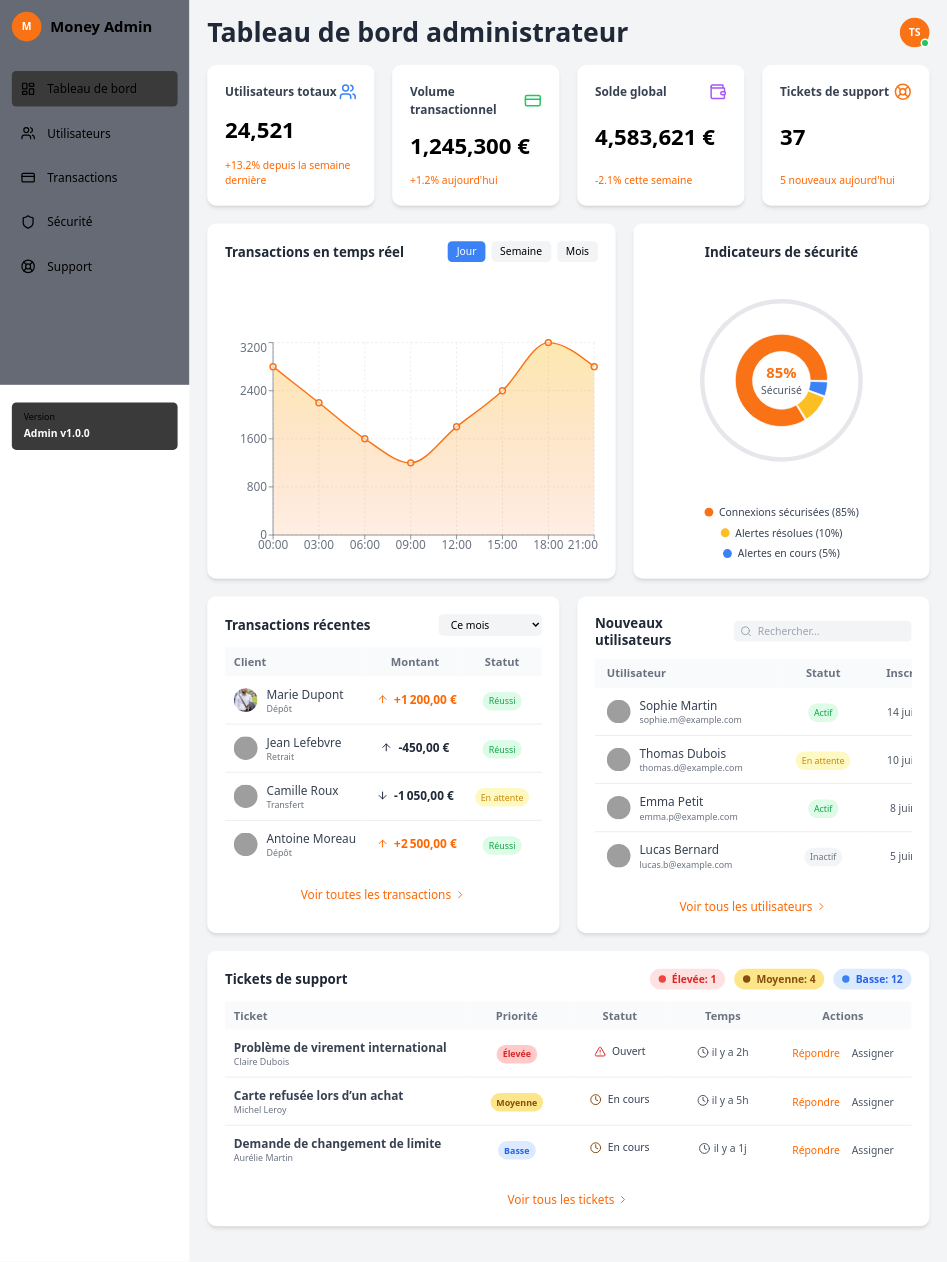
Repository: Edongo999/Dashboard
Page: /
An editor plug-in stored every save of this project. The page is shown before and after the next save, followed by the edit.
The browser window is 1280 px wide. The pictures show the whole page, at 74% of full size.
Pictures or frames that could not be fetched are drawn as grey boxes. The project was rebuilt for these pictures with package versions that can differ from the ones it lists, and the page was loaded fresh each time. Also part of the build but not shown: vite.config.ts.

Above is the page before, as saved 2025-10-15 06:30:49.

### index.html
<!doctype html>
<html lang="en">
  <head>
    <meta charset="UTF-8" />
    <link rel="icon" type="image/svg+xml" href="/vite.svg" />
    <meta name="viewport" content="width=device-width, initial-scale=1.0" />
    <title>mon_dashboard</title>
  </head>
  <body>
    <div id="root"></div>
    <script type="module" src="/src/main.tsx"></script>
  </body>
</html>

### src/App.tsx

import Sidebar from "./components/Sidebar"
import StatBlock from "./components/StatBlock"
import UserAvatar from "./components/UserAvatar"
import RealtimeChart from "./components/RealtimeChart"
import SecurityIndicators from "./components/SecurityIndicators"
import RecentActivity from "./components/RecentActivity"
import NewUsersTable from "./components/NewUsersTable"
import SupportTickets from "./components/SupportTickets"
import { Users, CreditCard, Wallet, LifeBuoy } from "lucide-react"

const App = () => {
  const kpis = [
    {
      title: "Utilisateurs totaux",
      value: "24,521",
      subtext: "+13.2% depuis la semaine dernière",
      icon: <Users />,
      iconColor: "text-blue-500"
    },
    {
      title: "Volume transactionnel",
      value: "1,245,300 €",
      subtext: "+1.2% aujourd'hui",
      icon: <CreditCard />,
      iconColor: "text-green-500"
    },
    {
      title: "Solde global",
      value: "4,583,621 €",
      subtext: "-2.1% cette semaine",
      icon: <Wallet />,
      iconColor: "text-purple-500"
    },
    {
      title: "Tickets de support",
      value: "37",
      subtext: "5 nouveaux aujourd'hui",
      icon: <LifeBuoy />,
      iconColor: "text-orange-500"
    }
  ]

  return (
    <div className="flex min-h-screen">
      <Sidebar />
      <main className="flex-1 overflow-auto p-6 bg-[#F3F4F6]">

        {/* ✅ Titre + avatar */}
        <div className="flex items-center justify-between mb-6">
          <h1 className="text-4xl font-bold text-gray-800">
            Tableau de bord administrateur
          </h1>
          <UserAvatar />
        </div>

        {/* ✅ Cartes KPI */}
        <div className="grid grid-cols-1 sm:grid-cols-2 lg:grid-cols-4 gap-6 mb-6">
          {kpis.map((kpi, i) => (
            <StatBlock key={i} {...kpi} />
          ))}
        </div>

        {/* ✅ Section monitoring élargie sur desktop */}
        <div className="grid grid-cols-1 lg:grid-cols-[1.6fr_400px] gap-6 mb-6 w-full">
          <RealtimeChart />
          <SecurityIndicators />
        </div>

        {/* ✅ Section activité + utilisateurs côte à côte */}
        <div className="grid grid-cols-1 lg:grid-cols-2 gap-6 mb-6">
          <RecentActivity />
          <NewUsersTable />
        </div>

        {/* ✅ Dernière section : tickets de support */}
        <div className="grid grid-cols-1 gap-6 mb-6">
          <SupportTickets />
        </div>

      </main>
    </div>
  )
}

export default App

### src/components/Sidebar.tsx
import {
  LayoutDashboard,
  Users,
  CreditCard,
  Shield,
  LifeBuoy,
  Menu
} from "lucide-react"
import { useState } from "react"

const Sidebar = () => {
  const [open, setOpen] = useState(false)
  const [active, setActive] = useState("Tableau de bord")

  const menuItems = [
    { label: "Tableau de bord", icon: <LayoutDashboard size={20} /> },
    { label: "Utilisateurs", icon: <Users size={20} /> },
    { label: "Transactions", icon: <CreditCard size={20} /> },
    { label: "Sécurité", icon: <Shield size={20} /> },
    { label: "Support", icon: <LifeBuoy size={20} /> }
  ]

  return (
    <>
      {/* ✅ Bouton hamburger mobile */}
      <button
        className="lg:hidden fixed top-4 left-4 z-50 bg-white p-2 rounded-md shadow-md"
        onClick={() => setOpen(!open)}
      >
        <Menu className="text-gray-800" />
      </button>

      {/* ✅ Sidebar avec hauteur visuelle limitée */}
      <aside
        className={`w-64 h-[520px] bg-[#656A74] text-neutral-content flex flex-col justify-between p-4 lg:block hidden`}
      >
        {/* ✅ Logo + titre */}
        <div>
          <div className="flex items-center gap-3 mb-10">
            <div className="bg-orange-500 text-white rounded-full w-10 h-10 flex items-center justify-center font-bold text-sm shrink-0">
              M
            </div>
            <span className="text-xl font-semibold whitespace-nowrap">Money Admin</span>
          </div>

          {/* ✅ Menu principal */}
          <ul className="space-y-3">
            {menuItems.map((item) => (
              <li key={item.label}>
                <a
                  onClick={() => setActive(item.label)}
                  className={`flex items-center gap-4 py-3 px-3 text-[16px] rounded-md transition-all duration-300 ${
                    active === item.label
                      ? "bg-[#3A3A3A]"
                      : "hover:bg-neutral-600 hover:scale-[1.02]"
                  }`}
                >
                  {item.icon}
                  {item.label}
                </a>
              </li>
            ))}
          </ul>
        </div>

        {/* ✅ Bloc version en bas */}
        <div className="mt-40">
          <div className="bg-[#3A3A3A] rounded-md px-4 py-3 text-xs text-neutral-content/70">
            <p className="mb-1">Version</p>
            <span className="font-semibold text-sm text-white">Admin v1.0.0</span>
          </div>
        </div>
      </aside>
    </>
  )
}

export default Sidebar

### src/components/StatBlock.tsx
import { motion } from "framer-motion"

type StatBlockProps = {
  title: string
  value: string
  subtext: string
  icon: React.ReactNode
  iconColor: string
}

const StatBlock = ({ title, value, subtext, icon, iconColor }: StatBlockProps) => {
  return (
    <motion.div
      initial={{ opacity: 0, y: 30 }}
      animate={{ opacity: 1, y: 0 }}
      whileHover={{ scale: 1.03, y: -5 }}
      transition={{ duration: 0.3, ease: "easeOut" }}
      // 🔧 MODIFICATION ICI : largeur dynamique
      // Remplace `max-w-[240px]` par `flex-1` pour que chaque carte s’étire dans le layout
      className="bg-white shadow-md p-6 rounded-[12px] flex flex-col justify-between flex-1 h-[190px]"
    >
      <div className="flex justify-between items-center">
        <h3 className="text-base font-semibold text-gray-700">{title}</h3>
        <div className={`text-2xl ${iconColor}`}>{icon}</div>
      </div>
      <p className="text-3xl font-bold mt-2 text-black">{value}</p>
      <p className="text-sm mt-2 text-[#FF6600] font-medium">{subtext}</p>
    </motion.div>
  )
}

export default StatBlock

### src/components/UserAvatar.tsx
const UserAvatar = () => {
  return (
    <div className="relative">
      <div className="w-10 h-10 rounded-full bg-orange-500 text-white flex items-center justify-center font-bold text-sm">
        TS
      </div>
      <span className="absolute bottom-0 right-0 w-3 h-3 rounded-full border-2 border-white bg-green-500" />
    </div>
  )
}

export default UserAvatar

### src/components/RealtimeChart.tsx


import {
  AreaChart,
  Area,
  XAxis,
  YAxis,
  Tooltip,
  CartesianGrid,
  ResponsiveContainer
} from "recharts"
import { useState } from "react"

const datasets = {
  jour: [
    { time: "00:00", value: 2800 },
    { time: "03:00", value: 2200 },
    { time: "06:00", value: 1600 },
    { time: "09:00", value: 1200 },
    { time: "12:00", value: 1800 },
    { time: "15:00", value: 2400 },
    { time: "18:00", value: 3200 },
    { time: "21:00", value: 2800 }
  ],
  semaine: [
    { time: "Lun", value: 5400 },
    { time: "Mar", value: 6200 },
    { time: "Mer", value: 5800 },
    { time: "Jeu", value: 6900 },
    { time: "Ven", value: 7200 },
    { time: "Sam", value: 5100 },
    { time: "Dim", value: 4300 }
  ],
  mois: [
    { time: "S1", value: 18000 },
    { time: "S2", value: 22000 },
    { time: "S3", value: 19500 },
    { time: "S4", value: 25000 }
  ]
}

const RealtimeChart = () => {
  const [view, setView] = useState<"jour" | "semaine" | "mois">("jour")

  return (
    // ✅ Largeur fluide, hauteur augmentée
    <div className="bg-white rounded-[12px] shadow-md p-6 w-full flex flex-col justify-between min-h-[480px]">

      <div className="flex items-center justify-between flex-wrap gap-4 mb-4">
        <h2 className="text-lg font-semibold text-gray-800">Transactions en temps réel</h2>
        <div className="flex gap-2">
          {["jour", "semaine", "mois"].map((v) => (
            <button
              key={v}
              onClick={() => setView(v as "jour" | "semaine" | "mois")}
              className={`text-sm px-3 py-1 rounded-md ${
                view === v ? "bg-blue-500 text-white" : "bg-gray-100 hover:bg-gray-200"
              }`}
            >
              {v.charAt(0).toUpperCase() + v.slice(1)}
            </button>
          ))}
        </div>
      </div>

      <div className="w-full h-[300px]">
        <ResponsiveContainer width="100%" height="100%">
          <AreaChart data={datasets[view]}>
            <defs>
              <linearGradient id="colorValue" x1="0" y1="0" x2="0" y2="1">
                <stop offset="0%" stopColor="#FBBF24" stopOpacity={0.6} />
                <stop offset="100%" stopColor="#F97316" stopOpacity={0.2} />
              </linearGradient>
            </defs>
            <CartesianGrid strokeDasharray="3 3" stroke="#E5E7EB" />
            <XAxis dataKey="time" stroke="#6B7280" />
            <YAxis stroke="#6B7280" />
            <Tooltip
              contentStyle={{ backgroundColor: "#fff", borderRadius: "8px", border: "none" }}
              labelStyle={{ color: "#374151", fontWeight: "500" }}
            />
            <Area
              type="monotone"
              dataKey="value"
              stroke="#F97316"
              strokeWidth={2}
              fill="url(#colorValue)"
              dot={{ r: 4, stroke: "#F97316", strokeWidth: 2, fill: "#fff" }}
            />
          </AreaChart>
        </ResponsiveContainer>
      </div>
    </div>
  )
}

export default RealtimeChart

### src/components/SecurityIndicators.tsx
import {
  PieChart,
  Pie,
  Cell,
  ResponsiveContainer
} from "recharts"

type SecurityLabel = "Connexions sécurisées" | "Alertes résolues" | "Alertes en cours"

const rawData: { name: SecurityLabel; value: number }[] = [
  { name: "Connexions sécurisées", value: 85 },
  { name: "Alertes résolues", value: 10 },
  { name: "Alertes en cours", value: 5 }
]

const COLOR_MAP: Record<SecurityLabel, string> = {
  "Connexions sécurisées": "#F97316",
  "Alertes résolues": "#FBBF24",
  "Alertes en cours": "#3B82F6"
}

const SecurityIndicators = () => {
  const total = rawData.reduce((sum, item) => sum + item.value, 0)

  const data = rawData.map((item) => ({
    ...item,
    percent: ((item.value / total) * 100).toFixed(0) + "%",
    color: COLOR_MAP[item.name]
  }))

  return (
    // ✅ Largeur fluide, aligné à gauche sur desktop, centré sur mobile
    <div className="bg-white rounded-[12px] shadow-md p-6 w-full lg:mx-0 mx-auto flex flex-col items-center justify-between min-h-[480px]">

      {/* ✅ Titre centré */}
      <h2 className="text-lg font-semibold text-gray-800 text-center">Indicateurs de sécurité</h2>

      {/* ✅ Donut centré */}
      <div className="relative flex items-center justify-center mt-4 mb-6 w-full aspect-square max-w-[220px]">
        <div className="w-full h-full rounded-full border-[6px] border-gray-200 flex items-center justify-center">
          <div className="w-[80%] h-[80%]">
            <ResponsiveContainer width="100%" height="100%">
              <PieChart>
                <Pie
                  data={data}
                  dataKey="value"
                  innerRadius="50%"
                  outerRadius="80%"
                  paddingAngle={2}
                >
                  {data.map((item) => (
                    <Cell key={item.name} fill={item.color} />
                  ))}
                </Pie>
              </PieChart>
            </ResponsiveContainer>
          </div>

          {/* ✅ Texte centré dans le donut */}
          <div className="absolute text-center">
            <p className="text-xl font-bold text-orange-500">85%</p>
            <p className="text-sm text-gray-600">Sécurisé</p>
          </div>
        </div>
      </div>

      {/* ✅ Légende centrée */}
      <div className="flex flex-col items-center gap-2 text-sm text-gray-700">
        {data.map((item) => (
          <div key={item.name} className="flex items-center gap-2">
            <span
              className="w-3 h-3 rounded-full"
              style={{ backgroundColor: item.color }}
            />
            <span>{item.name} ({item.percent})</span>
          </div>
        ))}
      </div>
    </div>
  )
}

export default SecurityIndicators

### src/components/NewUsersTable.tsx
import { ChevronRight, Search, X } from "lucide-react"
import { useState } from "react"

// ✅ Liste des utilisateurs (tu peux ajouter le champ avatar si tu veux gérer les images)
const users = [
  {
    name: "Sophie Martin",
    email: "sophie.m@example.com",
    status: "Actif",
    date: "14 juin 2023",
    avatar: "/src/assets/images/sophie.jpg" // 👉 Tu insères tes propres images ici
  },
  {
    name: "Thomas Dubois",
    email: "thomas.d@example.com",
    status: "En attente",
    date: "10 juin 2023",
    avatar: "/src/assets/images/thomas.jpg"
  },
  {
    name: "Emma Petit",
    email: "emma.p@example.com",
    status: "Actif",
    date: "8 juin 2023",
    avatar: "/src/assets/images/emma.jpg"
  },
  {
    name: "Lucas Bernard",
    email: "lucas.b@example.com",
    status: "Inactif",
    date: "5 juin 2023",
    avatar: "/src/assets/images/lucas.jpg"
  }
]

const NewUsersTable = () => {
  const [zoomedImage, setZoomedImage] = useState<string | null>(null)

  return (
    <div className="bg-white rounded-[12px] shadow-md p-6 w-full lg:max-w-[600px]">

      {/* ✅ Titre + barre de recherche sur la même ligne */}
      <div className="flex justify-between items-center mb-4">
        <h2 className="text-lg font-bold text-gray-800 leading-tight">
          Nouveaux<br />utilisateurs
        </h2>
        <div className="relative w-[240px]">
          <input
            type="text"
            placeholder="Rechercher..."
            className="text-sm bg-gray-100 pl-8 pr-3 py-1 rounded-md w-full"
          />
          <Search className="absolute left-2 top-1.5 w-4 h-4 text-gray-400" />
        </div>
      </div>

      {/* ✅ Tableau avec animation et zoom image */}
      <div className="overflow-x-auto">
        <table className="min-w-[500px] w-full text-[15px] text-left">
          <thead>
            <tr className="bg-[#F9FAFB] text-gray-500 font-normal">
              <th className="py-2 px-4">Utilisateur</th>
              <th className="py-2 px-4 text-center">Statut</th>
              <th className="py-2 px-4 text-center">Inscription</th>
            </tr>
          </thead>
          <tbody className="divide-y divide-gray-200">
            {users.map((user, i) => {
              const statusColor =
                user.status === "Actif"
                  ? "bg-green-100 text-green-600"
                  : user.status === "En attente"
                  ? "bg-yellow-100 text-yellow-600"
                  : "bg-gray-100 text-gray-500"

              return (
                <tr
                  key={i}
                  className="text-gray-700 align-middle text-[16px] transition duration-200 hover:bg-gray-50"
                >
                  <td className="py-3 px-4">
                    <div className="flex items-center gap-3">
                      {/* ✅ Avatar avec effet de zoom et icône d’indication */}
                      <div
                        className="relative group cursor-pointer"
                        onClick={() => setZoomedImage(user.avatar)}
                      >
                        <img
                          src={user.avatar}
                          alt={user.name}
                          className="w-8 h-8 rounded-full object-cover transition-transform duration-300 group-hover:scale-110"
                        />
                        {/* ✅ Indicateur visuel au survol */}
                        <div className="absolute inset-0 rounded-full bg-black bg-opacity-30 opacity-0 group-hover:opacity-100 flex items-center justify-center transition-opacity">
                          <span className="text-white text-xs">🔍</span>
                        </div>
                      </div>

                      {/* ✅ Nom + email */}
                      <div className="whitespace-nowrap">
                        <p className="font-medium">{user.name}</p>
                        <p className="text-xs text-gray-500">{user.email}</p>
                      </div>
                    </div>
                  </td>

                  {/* ✅ Statut avec badge coloré */}
                  <td className="py-3 px-4 text-center">
                    <span className={`px-2 py-1 rounded-full text-xs font-medium ${statusColor}`}>
                      {user.status}
                    </span>
                  </td>

                  {/* ✅ Date d’inscription */}
                  <td className="py-3 px-4 text-center">
                    <span className="text-sm text-gray-600">{user.date}</span>
                  </td>
                </tr>
              )
            })}
          </tbody>
        </table>
      </div>

      {/* ✅ Bouton en bas */}
        <div className="mt-6 flex justify-center">
    <button className="text-base text-[#FF6600] font-medium hover:underline flex items-center gap-1">
        Voir tous les utilisateurs <ChevronRight className="w-4 h-4" style={{ color: "#FF6600" }} />
    </button>
    </div>


      {/* ✅ Modal zoom image */}
      {zoomedImage && (
        <div className="fixed inset-0 bg-black bg-opacity-60 flex items-center justify-center z-50">
          <div className="relative bg-white rounded-lg p-4 shadow-lg max-w-sm w-full">
            <button
              onClick={() => setZoomedImage(null)}
              className="absolute top-2 right-2 text-gray-500 hover:text-gray-800"
            >
              <X className="w-5 h-5" />
            </button>
            <img
              src={zoomedImage}
              alt="Zoom"
              className="w-full h-auto rounded-md object-cover"
            />
          </div>
        </div>
      )}
    </div>
  )
}

export default NewUsersTable

Loaded but not shown: src/main.tsx (common file); src/index.css (common file); tailwind.config.js (26 lines, source omitted); src/components/SupportTickets.tsx (161 lines, source omitted); src/components/RecentActivity.tsx (162 lines, source omitted)

After the next save:
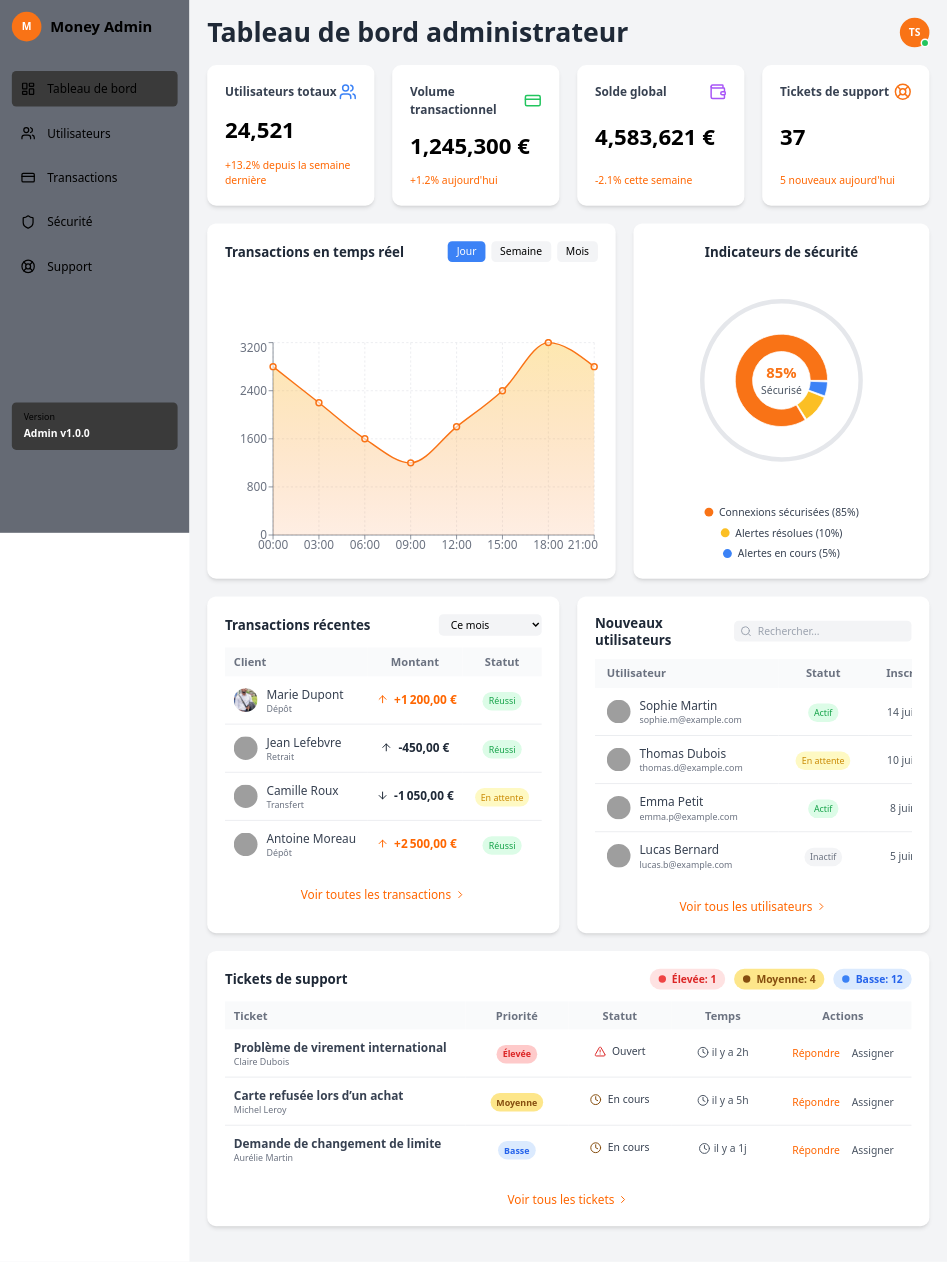
Saved 117 s later.
--- a/src/components/Sidebar.tsx
+++ b/src/components/Sidebar.tsx
@@ -32,7 +32,7 @@ const Sidebar = () => {
 
       {/* ✅ Sidebar avec hauteur visuelle limitée */}
       <aside
-        className={`w-64 h-[520px] bg-[#656A74] text-neutral-content flex flex-col justify-between p-4 lg:block hidden`}
+        className={`w-64 h-[720px] bg-[#656A74] text-neutral-content flex flex-col justify-between p-4 lg:block hidden`}
       >
         {/* ✅ Logo + titre */}
         <div>
